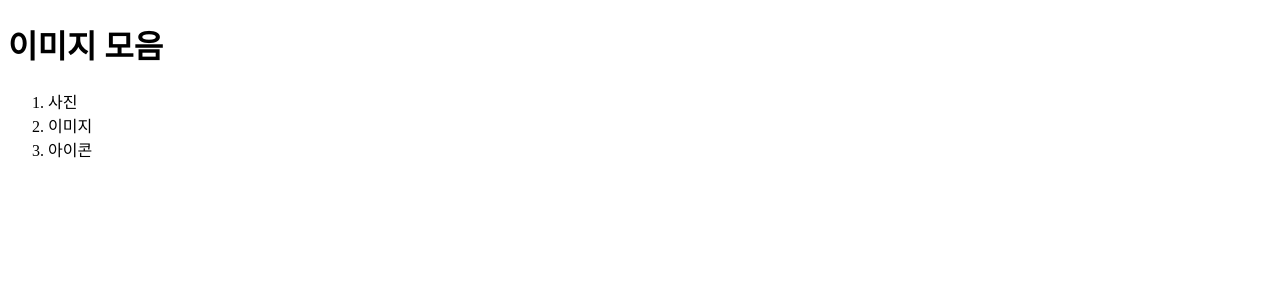
Repository: dnjs0/HCJ
Page: ClientTest/src/main/webapp/html/q8.html
The author's editor kept a copy of each file at every save. The page is drawn from the files as they stood at one save, then again after the next save.
The browser window is 1280 px wide. The pictures show the whole page.

Above is the page before, as saved 2025-02-11 08:57:41.

### ClientTest/src/main/webapp/html/q8.html
<!DOCTYPE html>
<html lang="ko">
<head>
	<meta charset="UTF-8">
	<title>Insert title here</title>
</head>
<body>
    <h1>이미지 모음</h1>
    <ol>
        <li>사진</li>
        <li>이미지</li>
        <li>아이콘</li>
    </ol>
</body>
</html>

After the next save:
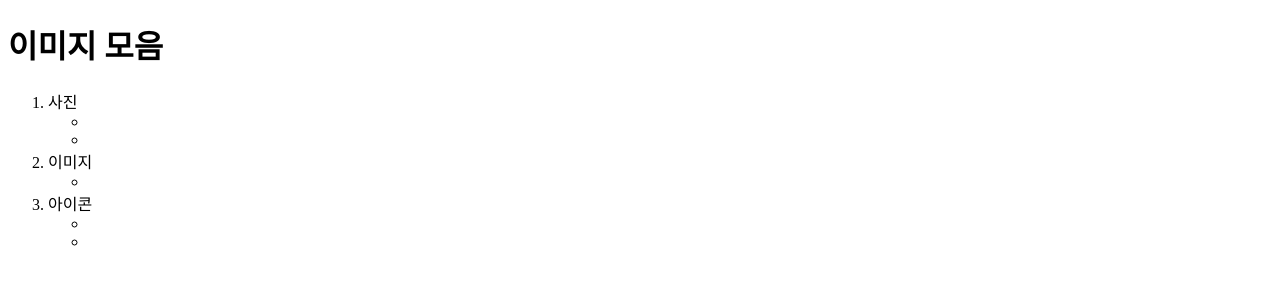
Saved 33 s later.
--- a/ClientTest/src/main/webapp/html/q8.html
+++ b/ClientTest/src/main/webapp/html/q8.html
@@ -8,8 +8,19 @@
     <h1>이미지 모음</h1>
     <ol>
         <li>사진</li>
+            <ul>
+                <li></li>
+                <li></li>
+            </ul>
         <li>이미지</li>
+            <ul>
+                <li></li>
+            </ul>
         <li>아이콘</li>
+            <ul>
+                <li></li>
+                <li></li>
+            </ul>
     </ol>
 </body>
 </html>
